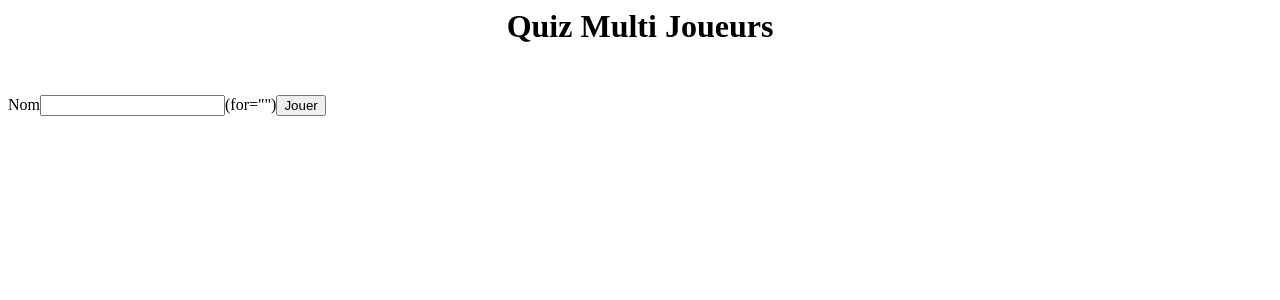
Repository: Serge-D/jeu_mj
Page: http://localhost/
These files come from the project's save history. The page is drawn as it stood at one moment and after the next save; the edit follows.
The browser window is 1280 px wide. The pictures show the whole page.
The page is served by the project's Node server (server.js).

Above is the page before, as saved 2020-02-06 13:54:02.

### views/home.pug
include includes/head.pug



#formulaire
form(action='' method='get')
    label(for='name') Nom
    input#nameJ1(type='text' name='name')
    label (for="")
    input(type='submit' value='Jouer')

### views/includes/head.pug
doctype html
head
  meta(charset='UTF-8')
  link(rel='stylesheet' href='/css/jeu.css')
  title Quiz Multi joueurs
header
  h1 Quiz Multi Joueurs

### server.js
"use strict";

const express = require("express");
const session = require("express-session");
const cookieParser = require("cookie-parser");
const MongoClient = require("mongodb").MongoClient;
const app = express();

app.set("view engine", "pug");
app.use(express.static(__dirname+"/src"));


app.get("/", function(req, res){
    res.render("home");
})

app.get("/jeu", function(req, res){
    res.render("jeu");
})







app.listen(8080, function(){
    console.log("Serveur Démarré");
});

### src/css/jeu.css
/* header */

h1 {
    color: black;
    text-align: center;
    margin-block-start: 0;
}


ul {
    display: flex;
    flex-direction: row;
    justify-content: space-around;
    list-style-type: none;

}

a{
    text-decoration: none;
    font-size: 25px;
    font-family: 'Comic Sans MS',serif;
    color: black;
}

/* section */

#formulaire {
    text-align: center;
    margin-top: 50px;
}

#fenetreDeJeu {
    font-family: 'Comic Sans MS',serif;
    margin-left: auto;
    margin-right: auto;
    margin-top: 90px;
    width: 1200px;
    border: 2px solid black;
    height: 700px;
    position: relative;
}

#numQuestion {
    width: 200px;
    height: 25px;
    border: 2px solid green;
    border-radius: 10px;
    font-size: 18px;
    margin-top: 10px;
    margin-left: auto;
    margin-right: auto;
    text-align: center;
}

#theme {
    width: 350px;
    height: 28px;
    border: 2px solid green;
    border-radius: 10px;
    font-size: 22px;
    margin-top: 10px;
    margin-left: auto;
    margin-right: auto;
    text-align: center;
}

#question {
    width: 950px;
    height: 50px;
    border: 2px solid green;
    border-radius: 10px;
    font-size: 2.1em;
    margin-top: 50px;
    margin-left: auto;
    margin-right: auto;
    text-align: center;
}


#reponseA {
    width: 500px;
    height: 60px;
    border : 2px solid greenyellow;
    border-radius: 50px;
    font-size: 40px;
    margin-top: 25px;
    margin-left: auto;
    margin-right: auto;
    text-align: center;
}

#reponseB {
    width: 500px;
    height: 60px;
    border : 2px solid greenyellow;
    border-radius: 50px;
    font-size: 40px;
    margin-top: 25px;
    margin-left: auto;
    margin-right: auto;
    text-align: center;
}

#reponseC {
    width: 500px;
    height: 60px;
    border : 2px solid greenyellow;
    border-radius: 50px;
    font-size: 40px;
    margin-top: 25px;
    margin-left: auto;
    margin-right: auto;
    text-align: center;
}

#reponseD {
    width: 500px;
    height: 60px;
    border : 2px solid greenyellow;
    border-radius: 50px;
    font-size: 40px;
    margin-top: 25px;
    margin-left: auto;
    margin-right: auto;
    text-align: center;
}

#anecdote {
    width: 1100px;
    height: 50px;
    border: 2px solid blue;
    border-radius: 10px;
    margin-right: auto;
    margin-left: auto;
    margin-top: 40px;
}

After the next save:
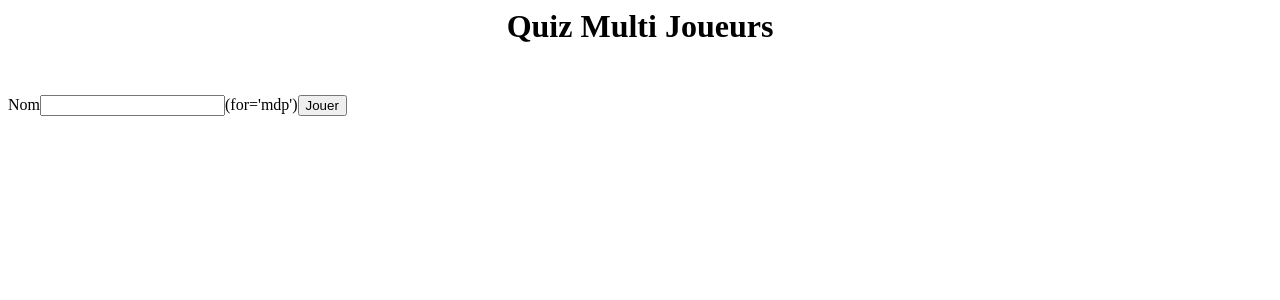
Saved 5 s later.
--- a/views/home.pug
+++ b/views/home.pug
@@ -6,5 +6,5 @@ include includes/head.pug
 form(action='' method='get')
     label(for='name') Nom
     input#nameJ1(type='text' name='name')
-    label (for="")
+    label (for='mdp')
     input(type='submit' value='Jouer')
